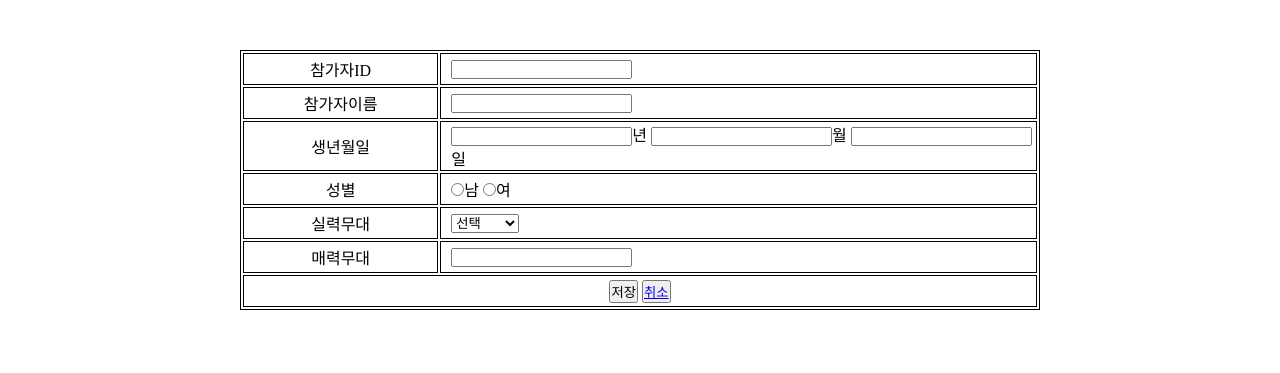
Repository: juntae710/acorn_web
Page: http://localhost/prj0828/오디션/참가자등록.jsp
The author's editor kept a copy of each file at every save. The page is drawn from the files as they stood at one save, then again after the next save.
The browser window is 1280 px wide. The pictures show the whole page.
The page is served by Tomcat 9.

Above is the page before, as saved 2023-08-28 08:05:15.

After the next save:
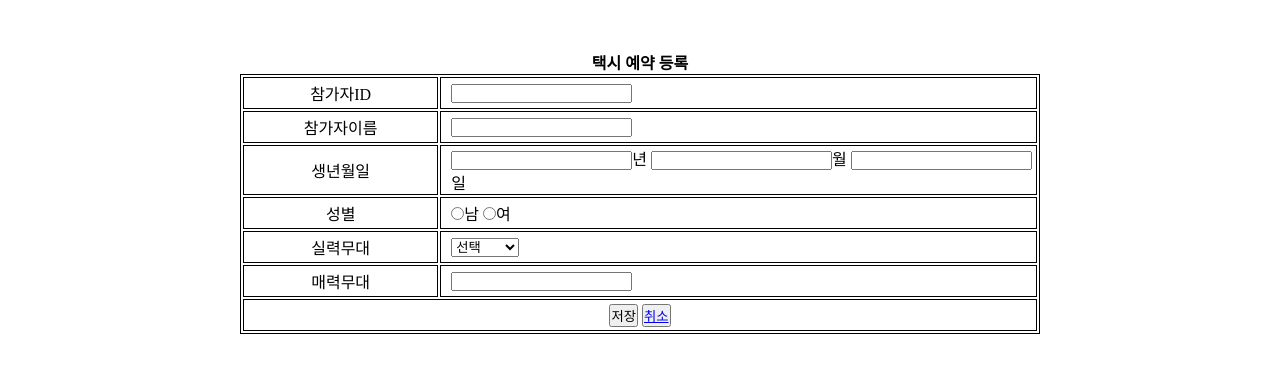
Saved 83 s later.
--- a/prj0828/src/main/webapp/오디션/참가자등록.jsp
+++ b/prj0828/src/main/webapp/오디션/참가자등록.jsp
@@ -26,15 +26,19 @@
 }
 
 td:nth-child(2) {
-padding-left: 10px;
-	width: 600px;
+	padding-left: 10px; width : 600px;
 	height: 30px;
 	border: 1px solid black;
+	width: 600px;
 }
 </style>
 </head>
 <body>
 	<table>
+	<caption>
+					<strong>택시 예약 등록</strong>
+				</caption>
+
 		<tr>
 			<td>참가자ID</td>
 			<td><input type="text" name="regno"></td>
